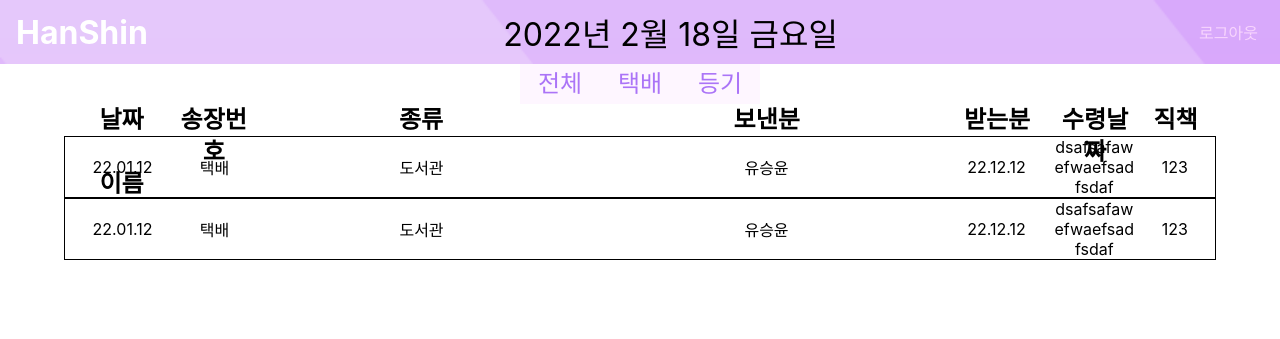
Repository: SeungYn/hanshinClient
Page: /
The author's editor kept a copy of each file at every save. The page is drawn from the files as they stood at one save, then again after the next save.
The browser window is 1280 px wide. The pictures show the whole page.
The project was rebuilt for these pictures with package versions that can differ from the ones it lists, and the page was loaded fresh each time. Also part of the build but not shown: src/App.css, src/addboxs/addBoxs.jsx.

Above is the page before, as saved 2022-02-20 12:24:37.

After the next save:
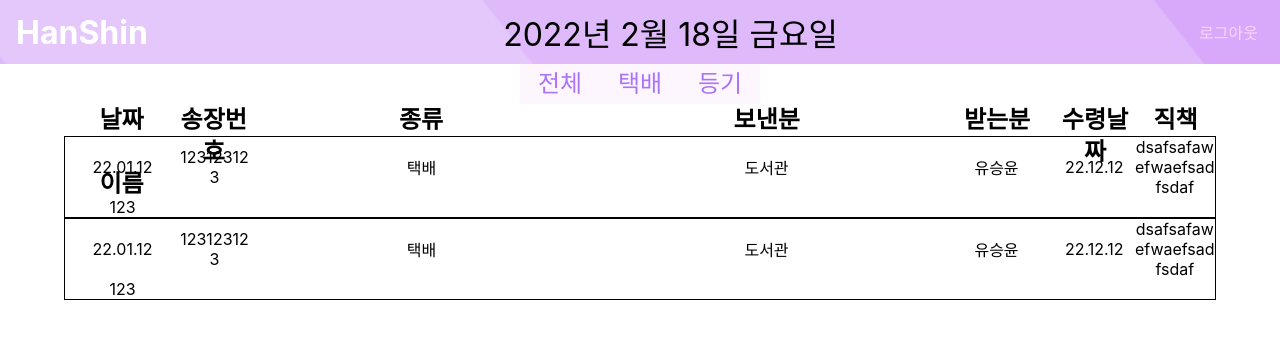
Saved 27 s later.
--- a/src/components/item/item.jsx
+++ b/src/components/item/item.jsx
@@ -4,6 +4,7 @@ const Item = ({ item }) => {
   return (
     <li className={styles.items}>
       <p>{item.date}</p>
+      <p>123123123</p>
       <p>택배</p>
       <p>{item.receiver}</p>
       <p>{item.sender}</p>
